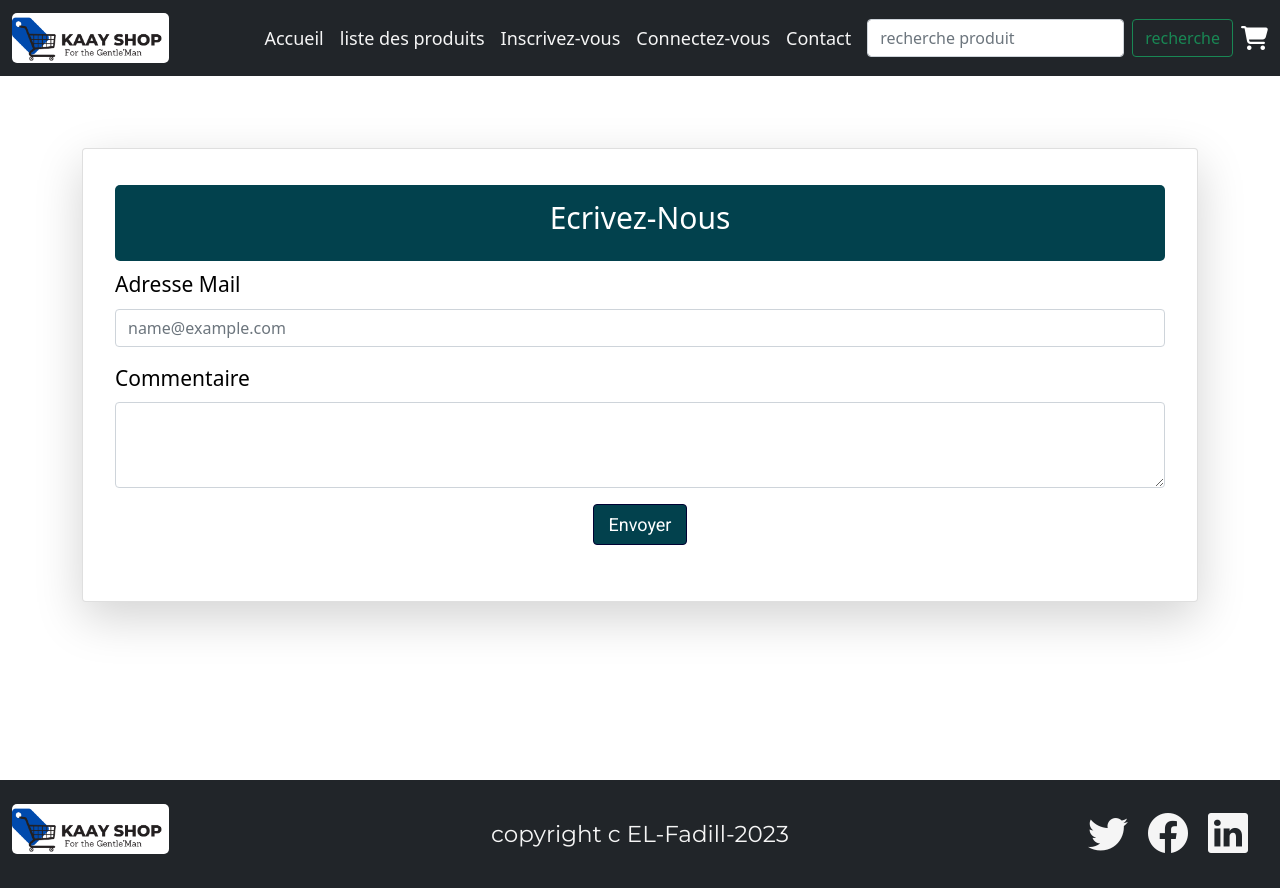
Repository: wadelfadill/Mini_projet_bootstrap_Site_vente_online
Page: contact.html
The author's editor kept a copy of each file at every save. The page is drawn from the files as they stood at one save, then again after the next save.
The browser window is 1280 px wide. The pictures show the whole page.
Some web libraries are served in a nearby version.

Above is the page before, as saved 2023-05-19 11:34:56.

After the next save:
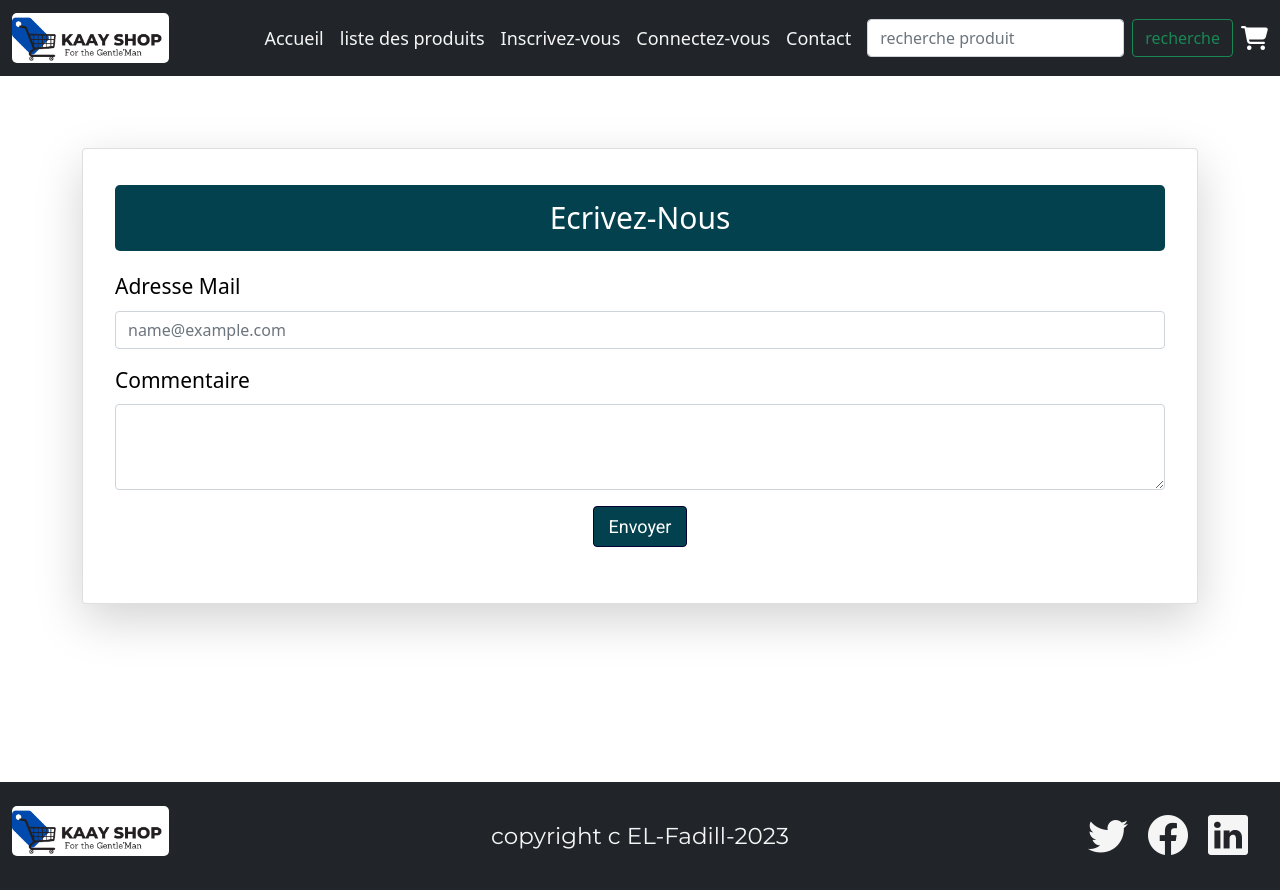
Saved 14 s later.
--- a/assets/css/contact_style.css
+++ b/assets/css/contact_style.css
@@ -8,7 +8,8 @@ main{
     font-family: 'Montserrat' 'sans serif';
     font-size: 30px;
     padding-top: 15px;
-    padding-bottom: 25px;
+    padding-bottom: 15px;
+    margin-bottom: 20px;
     border-radius: 5px;
 }
 .btn-primary{
